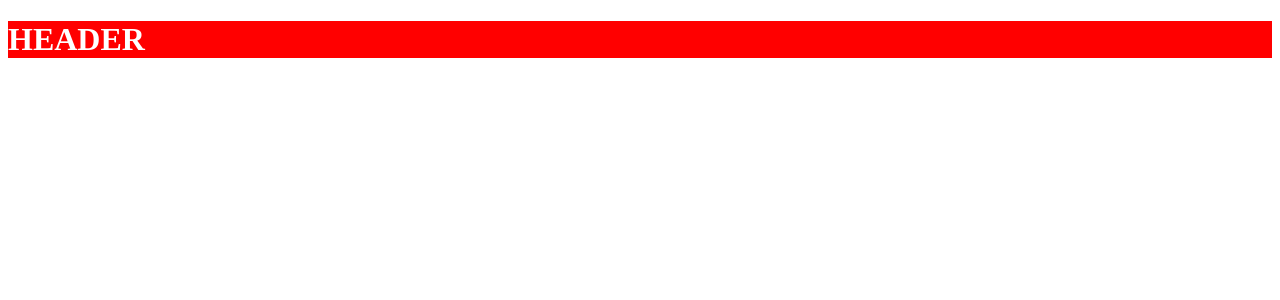
Repository: magdaf41/CSS
Page: zadanie_7/index.html
An editor plug-in stored every save of this project. The page is shown before and after the next save, followed by the edit.
The browser window is 1280 px wide. The pictures show the whole page.

Above is the page before, as saved 2020-08-23 21:33:15.

### zadanie_7/index.html
<!DOCTYPE html>
<html lang="en">

<head>
    <meta charset="UTF-8">
    <meta name="viewport" content="width=device-width, initial-scale=1.0">
    <title>Document</title>
    <link rel="stylesheet" href="css/style.css">
</head>

<body>
    <h1>Header</h1>
    <p>Lorem ipsum dolor sit amet consectetur, adipisicing elit. Accusamus tenetur velit deleniti ad itaque. Deserunt
        pariatur expedita tempora non, earum quis commodi impedit fugit, numquam dolor atque? Laboriosam, sed atque?</p>
    <aside>Aside left</aside>
    <section>aside right</section>
    <footer>Footer</footer>
</body>

</html>

### zadanie_7/css/style.css
*{
    box-sizing: border-box;
    text-transform: uppercase;
    color: white;
}

h1{
    background-color: red;
}

After the next save:
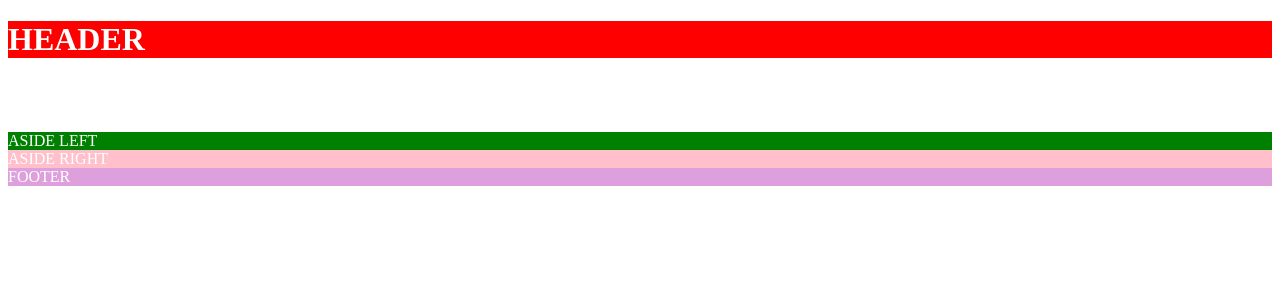
Saved 53 s later.
--- a/zadanie_7/css/style.css
+++ b/zadanie_7/css/style.css
@@ -7,3 +7,12 @@
 h1{
     background-color: red;
 }
+aside{
+    background-color: green;
+}
+section{
+    background-color: pink;
+}
+footer{
+    background-color: plum;
+}
